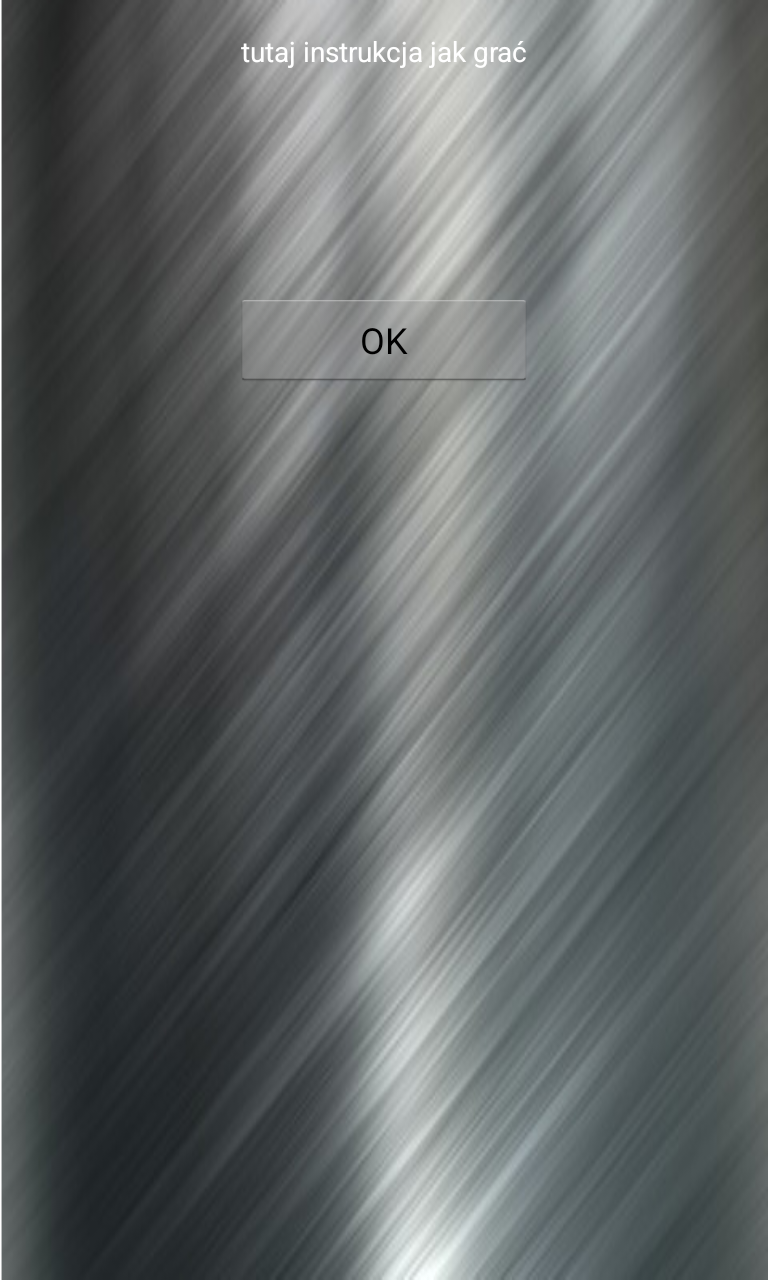
Repository: KrzysztofWolinski/WiesFight_Project
Layout: WiesFight/res/layout/dialog_ok.xml
These files come from the project's save history. The layout is drawn as it stood at one moment and after the next save; the edit follows.
It is drawn on a 768 x 1280 px phone screen (xhdpi) without system bars, with theme AppTheme; the app's code is not run.

Above is the layout before, as saved 2014-11-12 20:11:56.

### WiesFight/res/layout/dialog_ok.xml
<?xml version="1.0" encoding="utf-8"?>
<RelativeLayout xmlns:android="http://schemas.android.com/apk/res/android"
    android:layout_width="wrap_content"
    android:layout_height="wrap_content"
    android:paddingBottom="@dimen/activity_vertical_margin"
    android:paddingLeft="@dimen/activity_horizontal_margin"
    android:paddingRight="@dimen/activity_horizontal_margin"
    android:paddingTop="@dimen/activity_vertical_margin"
    android:background="@drawable/bg" >

    <TextView
        android:id="@+id/txtMessageOk"
        android:layout_width="fill_parent"
        android:layout_height="wrap_content"
        android:gravity="center"
        android:text="@string/instruction"
        android:textColor="@android:color/white" />

    <Button
        android:id="@+id/btnOk"
        android:layout_width="150dp"
        android:layout_height="wrap_content"
        android:layout_alignParentTop="true"
        android:layout_marginTop="130dp"
        android:layout_centerHorizontal="true"
        android:text="@string/ok" />

</RelativeLayout>

### WiesFight/res/values/strings.xml
<?xml version="1.0" encoding="utf-8"?>
<resources xmlns:android="http://schemas.android.com/apk/res/android">

    <string name="app_name">WiesFight</string>
    <string name="hello_world">Hello world!</string>
    <string name="action_settings">Settings</string>
    <string name="title_activity_posts">PostsActivity</string>
    <string name="title_activity_login">LoginActivity</string>
    <string name="logo">logo</string>
    <string name="wybierz">wybierz</string>
    <string name="walka">walka</string>
    <string name="sklep">sklep</string>
    <string name="ustawienia">ustawienia</string>
    <string name="title_activity_fight">FightActivity</string>
    <string name="title_activity_shop">ShopActivity</string>
    <string name="title_activity_settings">SettingsActivity</string>
    <string name="nickHint">Podaj nick</string>
    <string name="avatar">avatar</string>
    <string name="lewy">lewy</string>
    <string name="prawy">prawy</string>
    <string name="ramka">ramka</string>
    <string name="desc">obrazek</string>
    <string name="yes">Tak</string>
    <string name="no">Nie</string>
    <string name="ok">OK</string>
    <string name="instruction">tutaj instrukcja jak grać</string>
    <string name="noInternetConnection">Połącz się z internetem i spróbuj ponownie.</string>
    <string name="confirmExit">Czy na pewno chcesz wyjść z gry?</string>
    <string name="confirmDelete">Czy na pewno chcesz usunąć postać?</string>
    <string name="title_activity_start">StartActivity</string>

</resources>

Loaded but not shown: WiesFight/res/values/styles.xml (common file); WiesFight/res/values-v11/styles.xml (common file); WiesFight/res/values-v14/styles.xml (common file); WiesFight/res/values/dimens.xml (common file); WiesFight/res/values-w820dp/dimens.xml (common file)

After the next save:
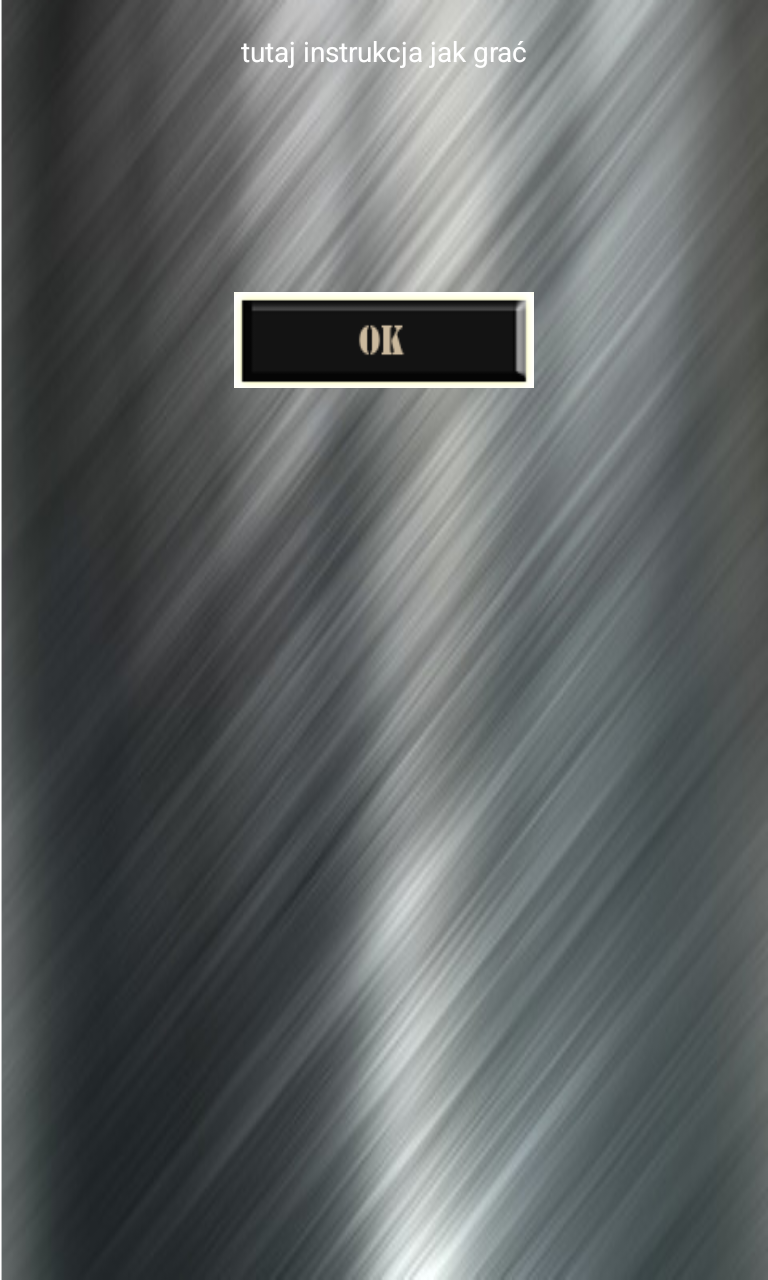
Saved 4 min 25 s later.
--- a/WiesFight/res/layout/dialog_ok.xml
+++ b/WiesFight/res/layout/dialog_ok.xml
@@ -23,6 +23,6 @@
         android:layout_alignParentTop="true"
         android:layout_marginTop="130dp"
         android:layout_centerHorizontal="true"
-        android:text="@string/ok" />
+        android:background="@drawable/ok" />
 
 </RelativeLayout>
